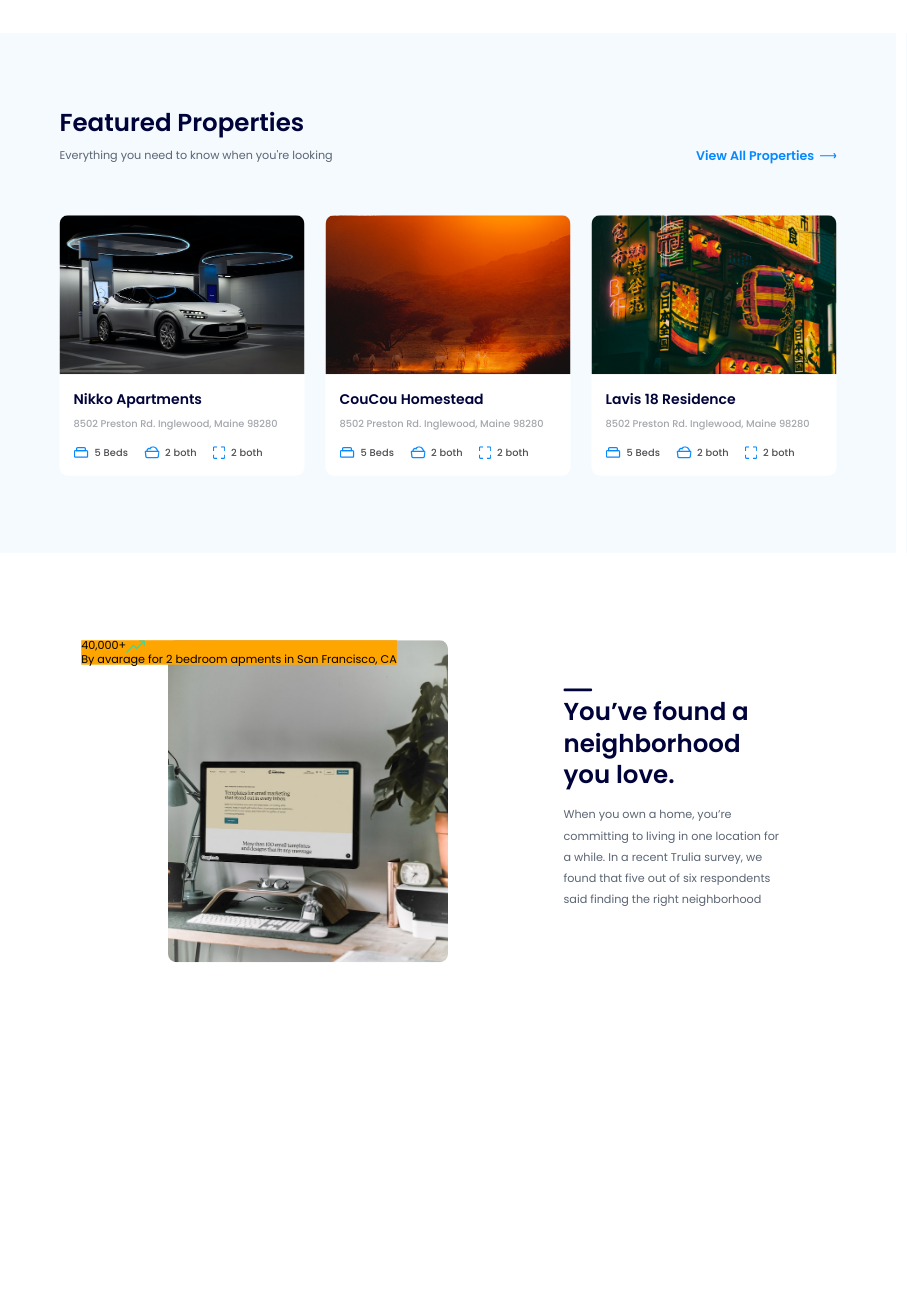
Repository: empty24062002/f8-htmlcss-01
Page: index.html
An editor plug-in stored every save of this project. The page is shown before and after the next save, followed by the edit.
The browser window is 1280 px wide. The page is 1295 px wide, so the pictures cover 1295 px, including what lies to the right of the window. The pictures show the part of the page from y = 1822 to 3702 px (the page is 10000 px tall), at 70% of full size.

Above is the page before, as saved 2023-07-13 10:33:42.

### index.html
<!DOCTYPE html>
<html lang="en">
    <head>
        <meta charset="UTF-8" />
        <meta name="viewport" content="width=device-width, initial-scale=1.0" />
        <title>F8 PROJECT 01</title>
        <link rel="stylesheet" href="./assets/css/reset.css" />
        <link rel="stylesheet" href="./assets/fonts/stylesheet.css" />
        <link rel="stylesheet" href="./assets/css/styles.css" />
    </head>
    <body>
        <main style="height: 10000px">
            <!-- Header -->
            <header class="header">
                <div class="content">
                    <nav class="navbar">
                        <!-- Logo -->
                        <img src="./assets/img/Logo.svg" alt="Besnik." />
                        <!-- Navigation -->
                        <ul>
                            <li><a href="#!">Home</a></li>
                            <li><a href="#!">Features</a></li>
                            <li><a href="#!">Services</a></li>
                            <li><a href="#!">Resources</a></li>
                            <li><a href="#!">Contact</a></li>
                        </ul>
                        <!-- Action -->
                        <div class="actions">
                            <a href="#!" class="action-link">Sign in</a>
                            <a href="#!" class="btn action-btn">Sign up</a>
                        </div>
                    </nav>

                    <div class="hero">
                        <div class="info">
                            <p class="sub-title">Welcome to Besnik Agency</p>
                            <h1 class="title">
                                Discover a place you'll love to live.
                            </h1>
                            <p class="desc">
                                Get the best real estate deals first, before
                                they hit the mass market! HOT FORECLOSURE DEALS
                                with one simple search.
                            </p>
                            <!-- cta: call to action -->
                            <a href="#!" class="btn hero-cta">More About Us</a>
                        </div>

                        <img
                            src="./assets/img/hero-img.svg"
                            alt="Discover a place you'll love to live."
                            class="hero-img"
                        />
                    </div>
                </div>
            </header>

            <!-- Clients -->
            <div class="clients">
                <div class="content">
                    <div class="row">
                        <!-- Logo -->
                        <img src="./assets/img/Logo.svg" alt="Besnik" />

                        <!-- Stars -->
                        <div class="stars">
                            <img src="./assets/img/star.svg" alt="star" />
                            <img src="./assets/img/star.svg" alt="star" />
                            <img src="./assets/img/star.svg" alt="star" />
                            <img src="./assets/img/star.svg" alt="star" />
                            <img src="./assets/img/star.svg" alt="star" />
                        </div>
                    </div>

                    <div class="row row-desc">
                        <p class="desc">
                            More than 45,000+ companies trust besnik
                        </p>
                        <p class="desc">5 Star Ratings (2k+ Review)</p>
                    </div>

                    <div class="images">
                        <img src="./assets/img/meundies-cllients1.svg" alt="" />
                        <img src="./assets/img/slack-clients.svg" alt="" />
                        <img src="./assets/img/amz-clients 3.svg" alt="" />
                        <img
                            src="./assets/img/woo-commerce-clients 4.svg"
                            alt=""
                        />
                        <img src="./assets/img/sitepoint-clients5.svg" alt="" />
                    </div>
                </div>
            </div>

            <!-- Guides -->
            <div class="guides">
                <div class="content">
                    <h2 class="sub-title">How its works?</h2>
                    <p class="desc">
                        Everything you need to know when you're looking to buy,
                        rent, or sell - all in one place.
                    </p>

                    <!-- List Guide -->
                    <ul class="list-guide">
                        <li class="guide-item">
                            <img
                                src="./assets/img/cart-icon.svg"
                                alt="buyer"
                                class="icon"
                            />
                            <h3 class="title">Buyer Guides</h3>
                            <a href="How to buy" class="link">
                                <span>How to buy</span>
                                <img
                                    src="./assets/img/arow-right.svg"
                                    alt="arrow right"
                                    class="arrow"
                                />
                            </a>
                        </li>
                        <li class="guide-item">
                            <img
                                src="./assets/img/rent-icon.svg"
                                alt="rent"
                                class="icon"
                            />
                            <h3 class="title">Renter Guides</h3>
                            <a href="How to buy" class="link">
                                <span>How to rent</span>
                                <img
                                    src="./assets/img/arow-right.svg"
                                    alt="arrow right"
                                    class="arrow"
                                />
                            </a>
                        </li>
                        <li class="guide-item">
                            <img
                                src="./assets/img/sellerr-icon.svg"
                                alt="Seller"
                                class="icon"
                            />
                            <h3 class="title">Seller Guides</h3>
                            <a href="How to buy" class="link">
                                <span>How to sell</span>
                                <img
                                    src="./assets/img/arow-right.svg"
                                    alt="arrow right"
                                    class="arrow"
                                />
                            </a>
                        </li>
                    </ul>

                    <div class="guide-cta">
                        <a href="#!" class="btn">Sell Full Guidelines</a>
                    </div>
                </div>
            </div>

            <!-- Featured -->
            <div class="featured">
                <div class="content">
                    <header>
                        <h2 class="sub-title">Featured Properties</h2>
                        <div class="row">
                            <p class="desc">
                                Everything you need to know when you're looking
                            </p>
                            <a href="#!" class="link">
                                <span>View All Properties</span>
                                <img
                                    src="./assets/img/arow-right.svg"
                                    alt="arrow right"
                                    class="arrow"
                                />
                            </a>
                        </div>
                    </header>

                    <div class="list">
                        <!-- Featured item 1 -->
                        <div class="item">
                            <a href="#!">
                                <img
                                    src="./assets/img/featured-1.jpg"
                                    alt="Nikko Apartments"
                                    class="thumbnail"
                                />
                            </a>
                            <div class="body">
                                <h3 class="title">
                                    <a href="#!">Nikko Apartments</a>
                                </h3>
                                <p class="desc">
                                    8502 Preston Rd. Inglewood, Maine 98280
                                </p>
                                <div class="info">
                                    <img
                                        src="./assets/img/icon-1.svg"
                                        alt=""
                                        class="icon"
                                    />
                                    <span class="lable">5 Beds</span>
                                    <img
                                        src="./assets/img/icon-2.svg"
                                        alt=""
                                        class="icon"
                                    />
                                    <span class="lable">2 both</span>
                                    <img
                                        src="./assets/img/icon-3.svg"
                                        alt=""
                                        class="icon"
                                    />
                                    <span class="lable">2 both</span>
                                </div>
                            </div>
                        </div>
                        <!-- Featured item 2 -->
                        <div class="item">
                            <a href="#!">
                                <img
                                    src="./assets/img/featured-2.jpg"
                                    alt="CouCou Homestead"
                                    class="thumbnail"
                                />
                            </a>
                            <div class="body">
                                <h3 class="title">
                                    <a href="#!" class="line-clamp"
                                        >CouCou Homestead</a
                                    >
                                </h3>
                                <p class="desc line-clamp">
                                    8502 Preston Rd. Inglewood, Maine 98280
                                </p>
                                <div class="info">
                                    <img
                                        src="./assets/img/icon-1.svg"
                                        alt=""
                                        class="icon"
                                    />
                                    <span class="lable">5 Beds</span>
                                    <img
                                        src="./assets/img/icon-2.svg"
                                        alt=""
                                        class="icon"
                                    />
                                    <span class="lable">2 both</span>
                                    <img
                                        src="./assets/img/icon-3.svg"
                                        alt=""
                                        class="icon"
                                    />
                                    <span class="lable">2 both</span>
                                </div>
                            </div>
                        </div>
                        <!-- Featured item 3 -->
                        <div class="item">
                            <a href="#!">
                                <img
                                    src="./assets/img/featured-3.jpg"
                                    alt="Lavis 18 Residence"
                                    class="thumbnail"
                                />
                            </a>
                            <div class="body">
                                <h3 class="title">
                                    <a href="#!">Lavis 18 Residence</a>
                                </h3>
                                <p class="desc">
                                    8502 Preston Rd. Inglewood, Maine 98280
                                </p>
                                <div class="info">
                                    <img
                                        src="./assets/img/icon-1.svg"
                                        alt=""
                                        class="icon"
                                    />
                                    <span class="lable">5 Beds</span>
                                    <img
                                        src="./assets/img/icon-2.svg"
                                        alt=""
                                        class="icon"
                                    />
                                    <span class="lable">2 both</span>
                                    <img
                                        src="./assets/img/icon-3.svg"
                                        alt=""
                                        class="icon"
                                    />
                                    <span class="lable">2 both</span>
                                </div>
                            </div>
                        </div>
                    </div>
                </div>
            </div>

            <!-- Stats -->
            <div class="stats">
                <div class="content">
                    <div class="row">
                        <div class="img-block">
                            <img
                                class="image"
                                src="./assets/img/stat-img.jpg"
                                alt="You’ve found a neighborhood you love."
                            />

                            <!-- Trend -->
                            <div class="stats-trend">
                                <div class="row">
                                    <strong class="value">40,000+</strong>
                                    <img
                                        src="./assets/img/trend-img.svg"
                                        alt=""
                                        class="icon"
                                    />
                                </div>
                                <p class="desc">
                                    By avarage for 2 bedroom apments in San
                                    Francisco, CA
                                </p>
                                <div class="separate"></div>
                            </div>
                        </div>
                        <div class="info">
                            <h2 class="sub-title">
                                You’ve found a neighborhood you love.
                            </h2>
                            <p class="desc">
                                When you own a home, you’re committing to living
                                in one location for a while. In a recent Trulia
                                survey, we found that five out of six
                                respondents said finding the right neighborhood
                            </p>
                        </div>
                    </div>
                </div>
            </div>
        </main>
    </body>
</html>

### assets/css/styles.css
* {
    box-sizing: border-box;
}

:root {
    --primary-color: #0f1b4c;
}

html {
    font-size: 62.5%;
}

body {
    font-size: 1.6rem;
    font-family: "Poppins", sans-serif;
}
/* Common */
a {
    text-decoration: none;
}

.content {
    width: 1110px;
    max-width: calc(100% - 48px);
    margin-left: auto;
    margin-right: auto;
}

.btn {
    display: inline-block;
    min-width: 98px;
    padding: 18px 16px;
    border-radius: 12px;
    background: var(--primary-color);
    font-size: 1.4rem;
    font-weight: 500;
    text-align: center;
    color: #fff;
}

.btn:hover {
    opacity: 0.9;
}

.line-clamp {
    display: -webkit-box;
    -webkit-line-clamp: var(--line-clamp, 2);
    -webkit-box-orient: vertical;
    overflow: hidden;
}

/* Header */
.header {
    position: relative;
    background-color: #e6f0ff;
    height: 100vh;
}

.navbar {
    display: flex;
    align-items: center;
    padding-top: 38px;
}

.navbar ul {
    display: flex;
    margin-left: 50px;
}

.navbar ul a {
    font-size: 1.4rem;
    font-weight: 500;
    color: #4f5361;
    padding: 8px 14px;
}

.navbar ul a:hover {
    text-decoration: underline;
}

.navbar .actions {
    margin-left: auto;
}

.navbar .action-link {
    font-size: 1.4rem;
    font-weight: 500;
    color: var(--primary-color);
    margin-right: 18px;
}

.navbar .action-btn {
    padding: 13px 16px;
    border-radius: 8px;
}

.hero {
    margin-top: 130px;
}

.hero .info {
    width: 51%;
}

.hero .sub-title {
    color: #687690;
    font-size: 1.8rem;
    line-height: 1.5;
    font-weight: 500;
    letter-spacing: 0.01em;
}

.hero .title {
    margin-top: 8px;
    color: #000336;
    font-size: 6.2rem;
    font-weight: 700;
    line-height: 1.19;
}

.hero .desc {
    margin-top: 30px;
    color: #5a6473;
    font-size: 1.8rem;
    font-weight: 400;
    line-height: 1.78;
}

.hero-cta {
    min-width: 170px;
    margin-top: 40px;
}

.hero-img {
    position: absolute;
    right: calc((100vw - 1110px) / 2 - 100px);
    bottom: 0;
}

/* Clients */
.clients {
    margin-top: 79px;
    padding: 43px 0 64px;
}

.clients .row {
    display: flex;
    justify-content: space-between;
}

.clients .row-desc {
    margin-top: 23px;
}

.clients .desc {
    font-size: 1.6rem;
    font-weight: 500;
    line-height: 20px;
}

.clients .images {
    display: flex;
    justify-content: space-between;
    align-items: center;
    margin-top: 96px;
}

/* Guides */

.guides {
    margin-top: 40px;
    padding: 93px 0 79px;
}

.guides .sub-title {
    position: relative;
    color: #000339;
    text-align: center;
    font-size: 3.5rem;
    font-weight: 600;
    line-height: 35px;
}

.guides .sub-title::before {
    position: absolute;
    display: inline-block;
    content: "";
    width: 41px;
    height: 4px;
    top: -10px;
    left: 50%;
    transform: translateX(-50%);
    border-radius: 12px;
    background: #000339;
}

.guides .desc {
    width: 459px;
    max-width: 100%;
    color: #5a6473;
    text-align: center;
    margin: 20px auto 0;
    font-size: 1.6rem;
    font-weight: 400;
    line-height: 30px;
}

.list-guide {
    display: flex;
    justify-content: center;
    margin-top: 70px;
}

.guide-item {
    margin: 0 70px;
    text-align: center;
}

.guide-item .title {
    margin-top: 26px;
    color: #3b3c45;
    font-size: 2rem;
    font-weight: 500;
    line-height: 22px;
}

.guide-item .link {
    display: inline-block;
    margin-top: 10px;
    color: #0689ff;
    font-size: 1.4rem;
    font-weight: 600;
}

.guide-item .arrow {
    margin-left: 6px;
}

.guide-cta {
    display: flex;
    justify-content: center;
    margin-top: 50px;
}

.guide-cta .btn {
    min-width: 170px;
    color: #fff;
    font-size: 1.3rem;
    font-weight: 500;
    line-height: normal;
}

/* Featured */

.featured {
    background: #f5fafe;
    margin-top: 41px;
    padding: 110px 0;
}

.featured .sub-title {
    color: #000339;
    font-size: 3.5rem;
    font-weight: 600;
    line-height: 35px;
}

.featured .row {
    display: flex;
    justify-content: space-between;
    margin-top: 15px;
}

.featured .desc {
    color: #5a6473;
    font-size: 1.6rem;
    font-weight: 400;
    line-height: 30px;
}

.featured .link {
    display: flex;
    align-items: center;
    color: #0689ff;
    font-size: 18px;
    font-weight: 600;
}

.featured .arrow {
    margin-left: 8px;
}
.featured .list {
    display: flex;
    gap: 30px;
    margin-top: 70px;
}

.featured .item {
    background: #fff;
    flex: 1;
    border-radius: 12px;
}

.featured .item .thumbnail {
    width: 100%;
    height: 227px;
    object-fit: cover;
    border-top-left-radius: 12px;
    border-top-right-radius: 12px;
}

.featured .item .body {
    padding: 17px 20px 24px;
}

.featured .item .title a {
    color: #000339;
    font-size: 2rem;
    font-weight: 600;
    line-height: 1.5;
}

.featured .item .desc {
    --line-clamp: 3;
    margin-top: 11px;
    color: #a3a6ab;
    font-size: 1.4rem;
    line-height: 1.5;
    font-weight: 500;
    word-break: break-all;
}

.featured .item .info {
    display: flex;
    align-items: center;
    margin-top: 21px;
}

.featured .item .lable {
    margin-left: 8px;
    color: #4d4d52;
    font-size: 1.4rem;
    font-weight: 500;
    letter-spacing: 0.14px;
}

.featured .item .icon {
    margin-left: 23px;
}

.featured .item .icon:first-child {
    margin-left: 0;
}

/* Stats */
.stats {
    margin-top: 75px;
    padding: 50px 0;
    /* background: orange;*/
}

.stats .content {
    width: 1048px;
}

.stats .row {
    display: flex;
}

.stats .img-block,
.stats .info {
    width: 50%;
}

.stats .img-block .image {
    display: block;
    margin-left: auto;
    width: 400px;
    height: 460px;
    border-radius: 12px;
    object-fit: cover;
}

.stats .info {
    padding: 79px 0 0 165px;
}

.stats .img-block {
    position: relative;
}

.stats-trend {
    position: absolute;
    top: 0;
    left: 0;
    background-color: orange;
}

.stats .sub-title {
    position: relative;
    width: 269px;
    color: #000339;
    font-size: 3.5rem;
    font-weight: 600;
    line-height: 1.29; /* 128.571% */
}

.stats .sub-title::before {
    position: absolute;
    content: "";
    display: block;
    width: 41px;
    height: 4px;
    top: -10px;
    left: 0;
    border-radius: 12px;
    background: #000339;
}

.stats .info .desc {
    width: 309px;
    margin-top: 20px;
    color: #5a6473;
    font-size: 1.6rem;
    font-weight: 400;
    line-height: 1.88;
}

Loaded but not shown: assets/css/reset.css (common file); assets/fonts/stylesheet.css (162 lines, source omitted)

After the next save:
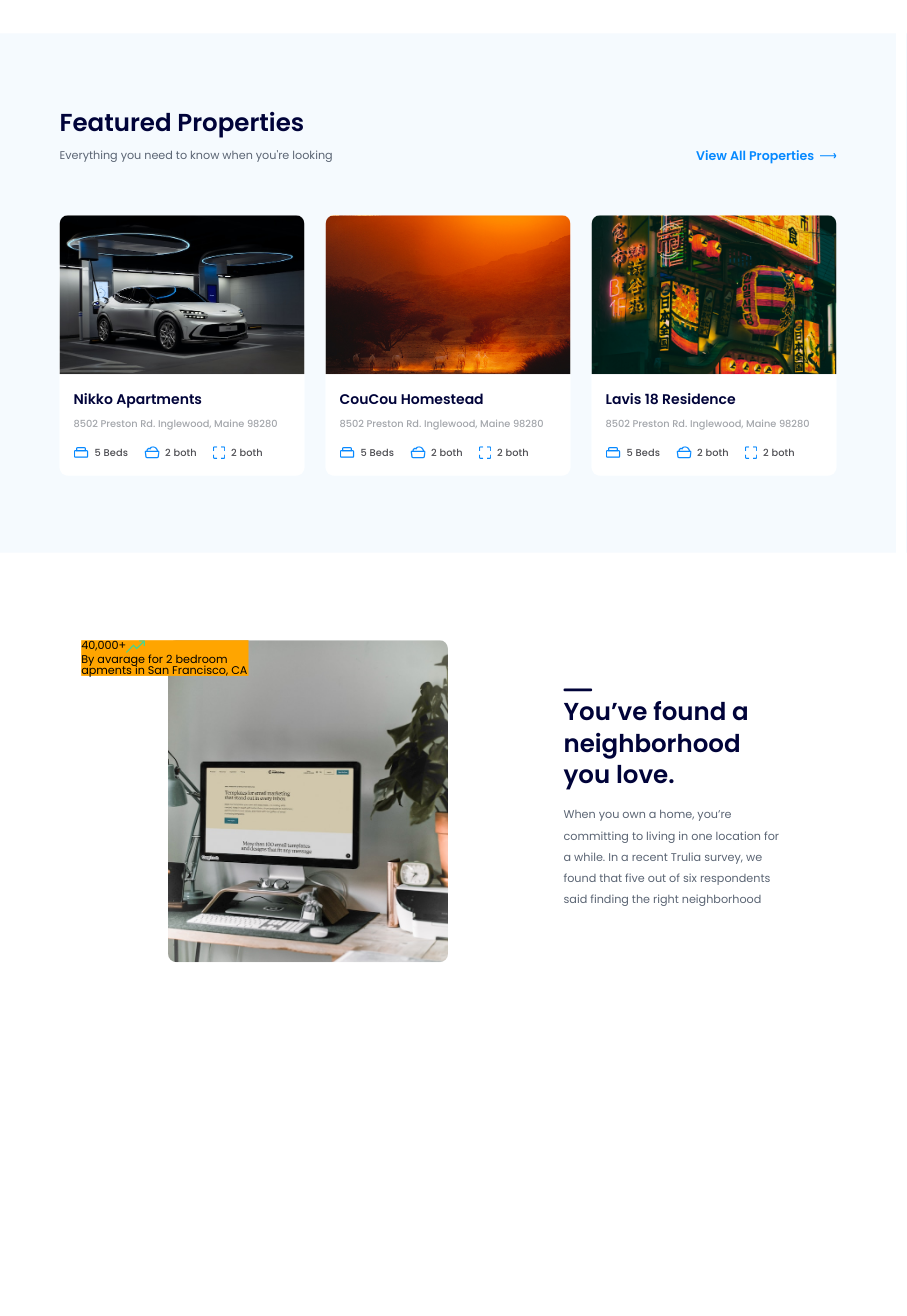
Saved 59 s later.
--- a/assets/css/styles.css
+++ b/assets/css/styles.css
@@ -393,6 +393,8 @@
     position: absolute;
     top: 0;
     left: 0;
+    width: 239px;
+    border-radius: , 0px, 12px, 12px;
     background-color: orange;
 }
 
